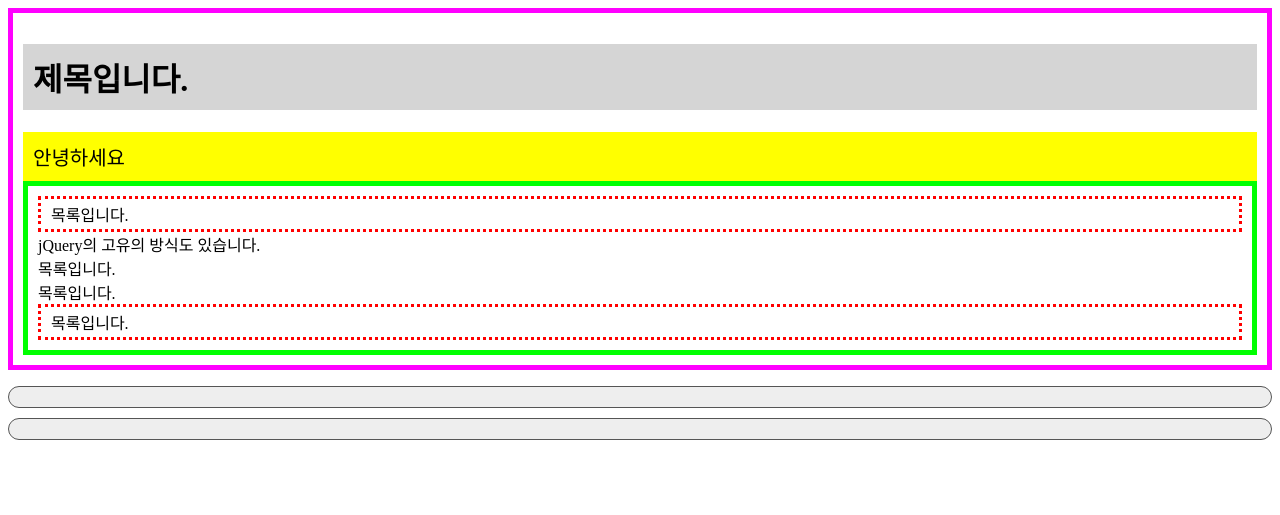
Repository: ssummini/Web
Page: jQuery/src/main/webapp/01_helloJQuery/exam05.html
These files come from the project's save history. The page is drawn as it stood at one moment and after the next save; the edit follows.
The browser window is 1280 px wide. The pictures show the whole page.

Above is the page before, as saved 2024-08-22 05:25:31.

After the next save:
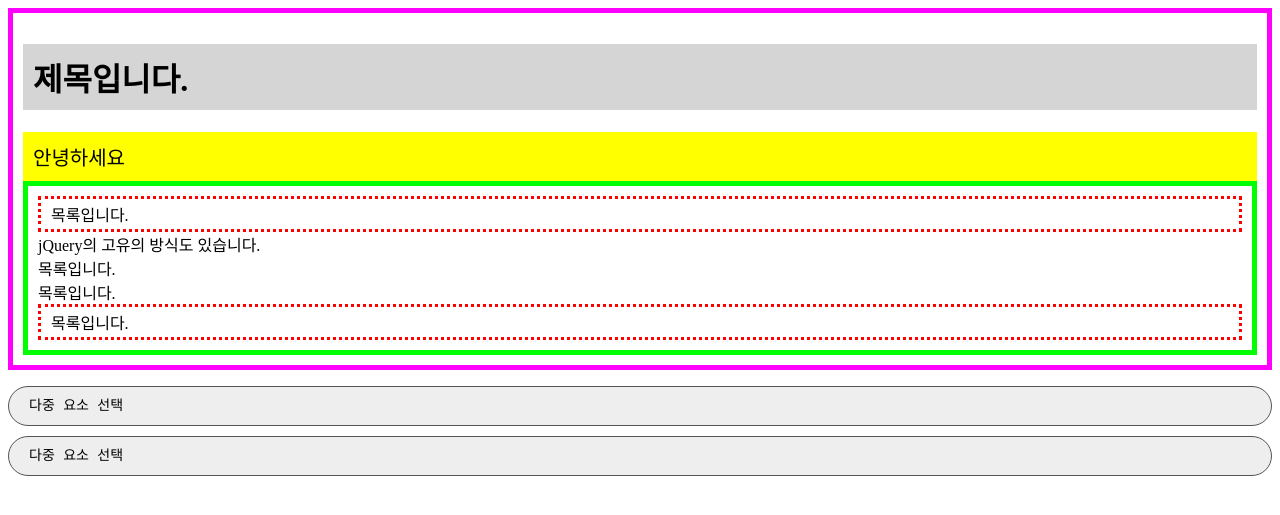
Saved 52 s later.
--- a/jQuery/src/main/webapp/01_helloJQuery/exam05.html
+++ b/jQuery/src/main/webapp/01_helloJQuery/exam05.html
@@ -73,6 +73,8 @@
 	$('div#container > div.box').html('안녕하세요')
 	$('ul > li').html("목록입니다.")
 	$('ul > li:eq(1)').html("jQuery의 고유의 방식도 있습니다.")
+
+	$('pre').html('다중 요소 선택');
 });
 
 </script>

After the save that followed:
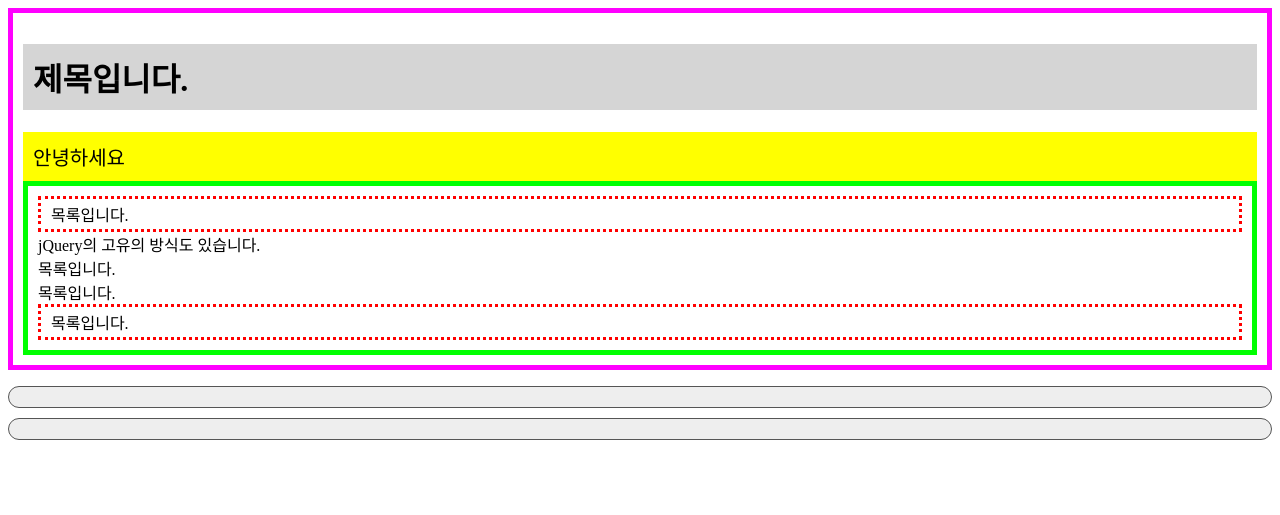
Saved 18 s later.
--- a/jQuery/src/main/webapp/01_helloJQuery/exam05.html
+++ b/jQuery/src/main/webapp/01_helloJQuery/exam05.html
@@ -74,7 +74,7 @@
 	$('ul > li').html("목록입니다.")
 	$('ul > li:eq(1)').html("jQuery의 고유의 방식도 있습니다.")
 
-	$('pre').html('다중 요소 선택');
+	$('p', 'pre').html('다중 요소 선택');
 });
 
 </script>
